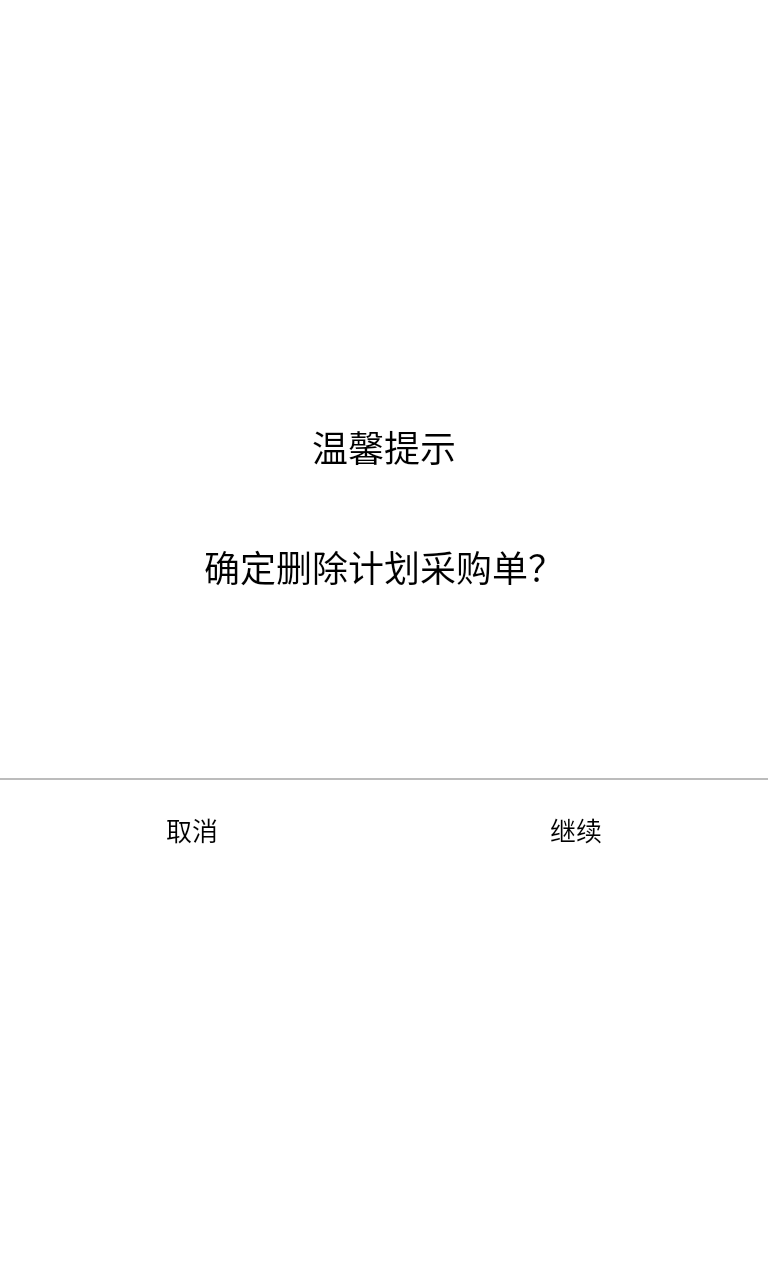
Repository: longxuep/ync
Layout: ync/Test/res/layout/view_dialog.xml
An editor plug-in stored every save of this project. The layout is shown before and after the next save, followed by the edit.
It is drawn on a 768 x 1280 px phone screen (xhdpi) without system bars, with theme AppTheme; the app's code is not run.

Above is the layout before, as saved 2016-08-08 06:45:31.

### ync/Test/res/layout/view_dialog.xml
<?xml version="1.0" encoding="utf-8"?>
<LinearLayout xmlns:android="http://schemas.android.com/apk/res/android"
    android:layout_width="match_parent"
    android:layout_height="match_parent"
    android:gravity="center"
    android:layout_gravity="center"
    android:background="@android:color/transparent"
    android:orientation="vertical" >

    <RelativeLayout
        android:id="@+id/pageinfo_success_code"
        android:layout_width="fill_parent"
        android:layout_height="240dp"
        android:clickable="true"
        android:background="#ffffff"
        android:visibility="visible" >
         <TextView
            android:id="@+id/dialog_title"
            android:layout_width="wrap_content"
            android:layout_height="wrap_content"
            android:layout_marginTop="10dp"
            android:layout_centerHorizontal="true"
            android:gravity="center"
            android:text="温馨提示"
            android:textSize="36px" />

        <TextView
            android:id="@+id/dialog_content"
            android:layout_width="wrap_content"
            android:layout_height="wrap_content"
            android:layout_marginTop="70dp"
            android:layout_centerHorizontal="true"
            android:gravity="center"
            android:text="确定删除计划采购单？"
            android:textSize="36px" />

        <View
            android:id="@+id/view_v1"
            android:layout_width="fill_parent"
            android:layout_height="1dp"
            android:layout_above="@+id/ly_v1"
            android:background="#bcbcbc" />

        <LinearLayout
            android:id="@+id/ly_v1"
            android:layout_width="fill_parent"
            android:layout_height="50dp"
            android:layout_alignParentBottom="true"
            android:orientation="horizontal" >

            <TextView
                android:id="@+id/dialog_out"
                android:layout_width="match_parent"
                android:layout_height="match_parent"
                android:layout_weight="1"
                android:gravity="center"
                android:paddingBottom="10px"
                android:paddingTop="10px"
                android:text="取消"
                android:textSize="26px" />


            <TextView
                android:id="@+id/dialog_confirm"
                android:layout_width="match_parent"
                android:layout_height="match_parent"
                android:layout_weight="1"
                android:gravity="center"
                android:paddingBottom="10px"
                android:paddingTop="10px"
                android:text="继续"
                android:textSize="26px" />
        </LinearLayout>
    </RelativeLayout>

</LinearLayout>

After the next save:
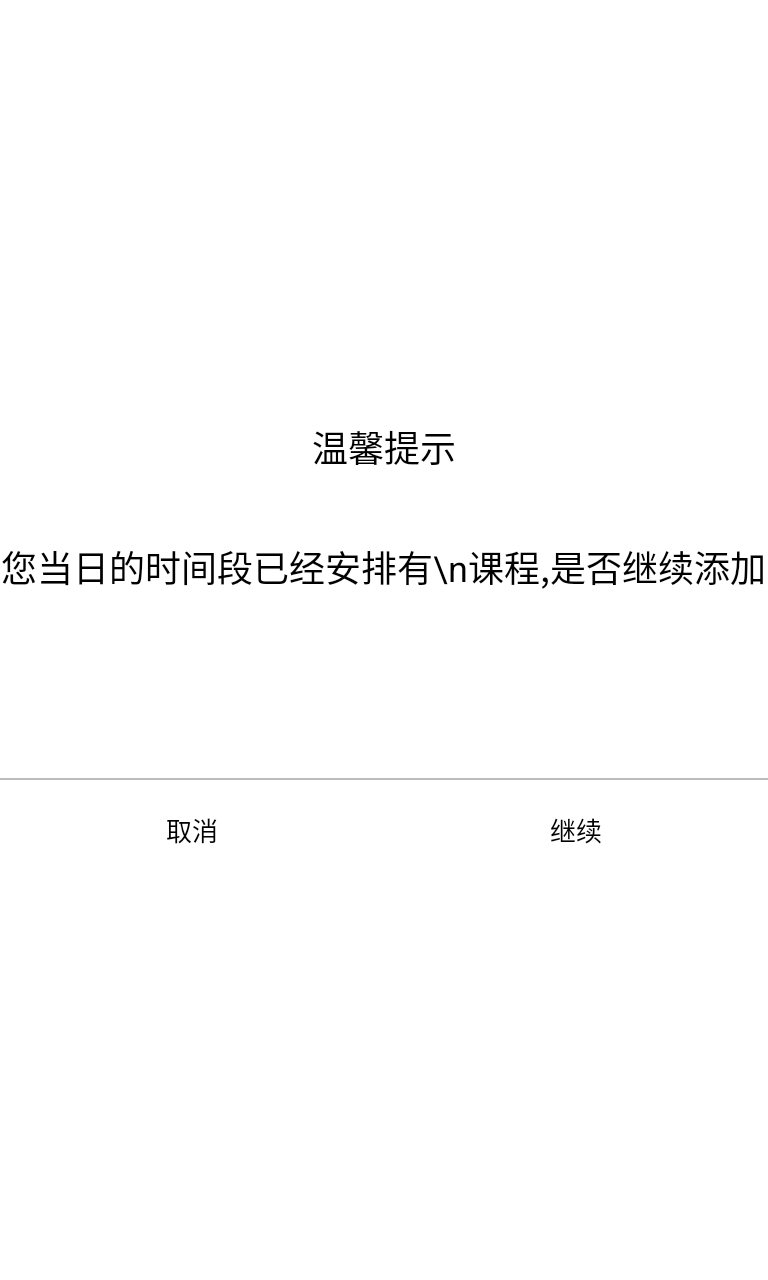
Saved 53 s later.
--- a/ync/Test/res/layout/view_dialog.xml
+++ b/ync/Test/res/layout/view_dialog.xml
@@ -31,7 +31,7 @@
             android:layout_marginTop="70dp"
             android:layout_centerHorizontal="true"
             android:gravity="center"
-            android:text="确定删除计划采购单？"
+            android:text="您当日的时间段已经安排有\n课程,是否继续添加"
             android:textSize="36px" />
 
         <View
